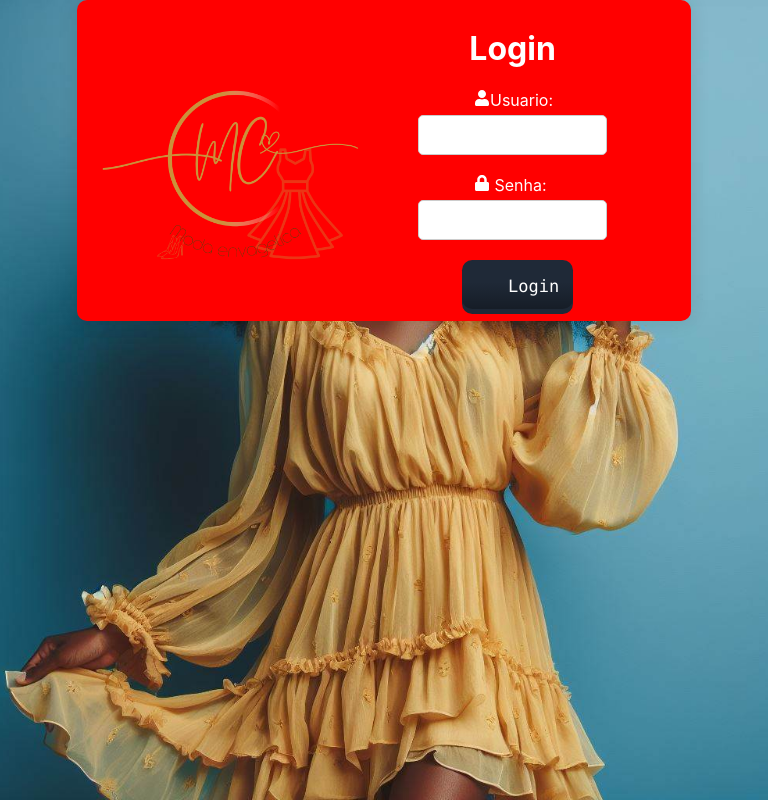
Repository: Mixchelle/ecommerce-moda-evangelica
Page: /login-admin
These files come from the project's save history. The page is drawn as it stood at one moment and after a run of saves; the edit follows.
The browser window is 768 px wide. The pictures show the whole page.
The project was rebuilt for these pictures with package versions that can differ from the ones it lists, and the page was loaded fresh each time. Also part of the build but not shown: src/components/Header.js, src/components/CategoriesFilter.js, src/pages/Home.js, src/pages/Login.js, src/pages/Admin.js, src/pages/Cart.js.

Above is the page before, as saved 2024-04-29 22:26:59.

After the next 2 saves:
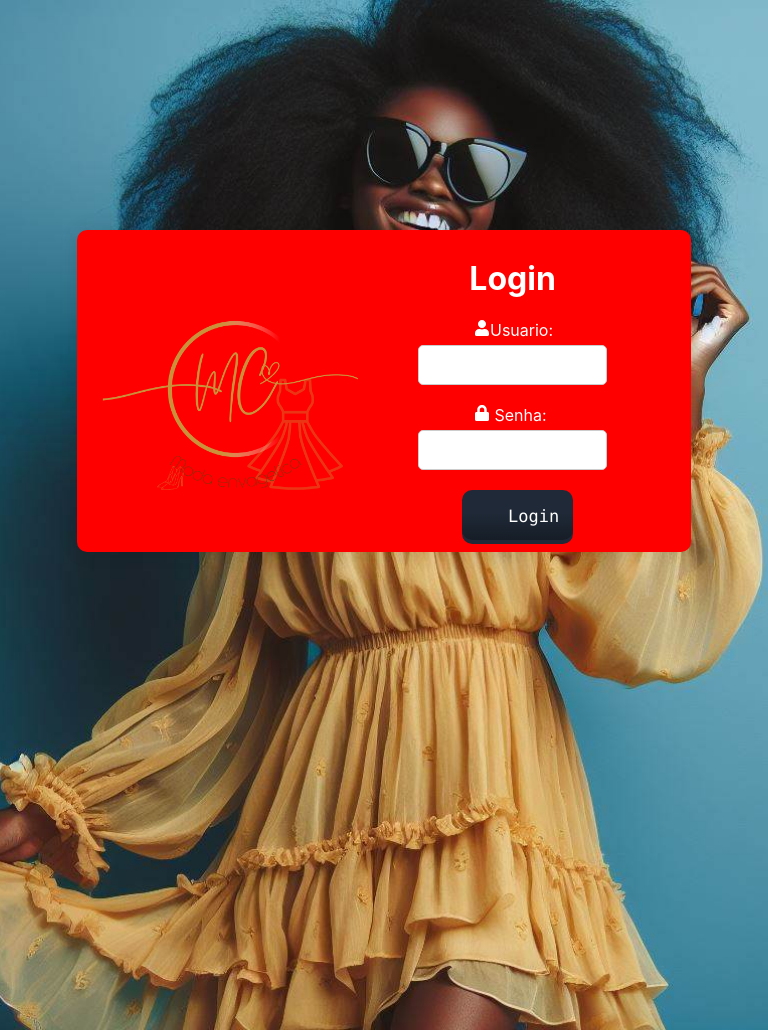
The 2 saves are shown as one change because they came seconds apart.
The last was saved 21 s later.
--- a/src/style/Login.css
+++ b/src/style/Login.css
@@ -150,7 +150,7 @@
   .login-container {
     flex-direction: row;
     height: 80%;
-    margin-top: auto;
+    margin-top: 30%;
     margin-bottom: auto;
     background-color: red;
   }
